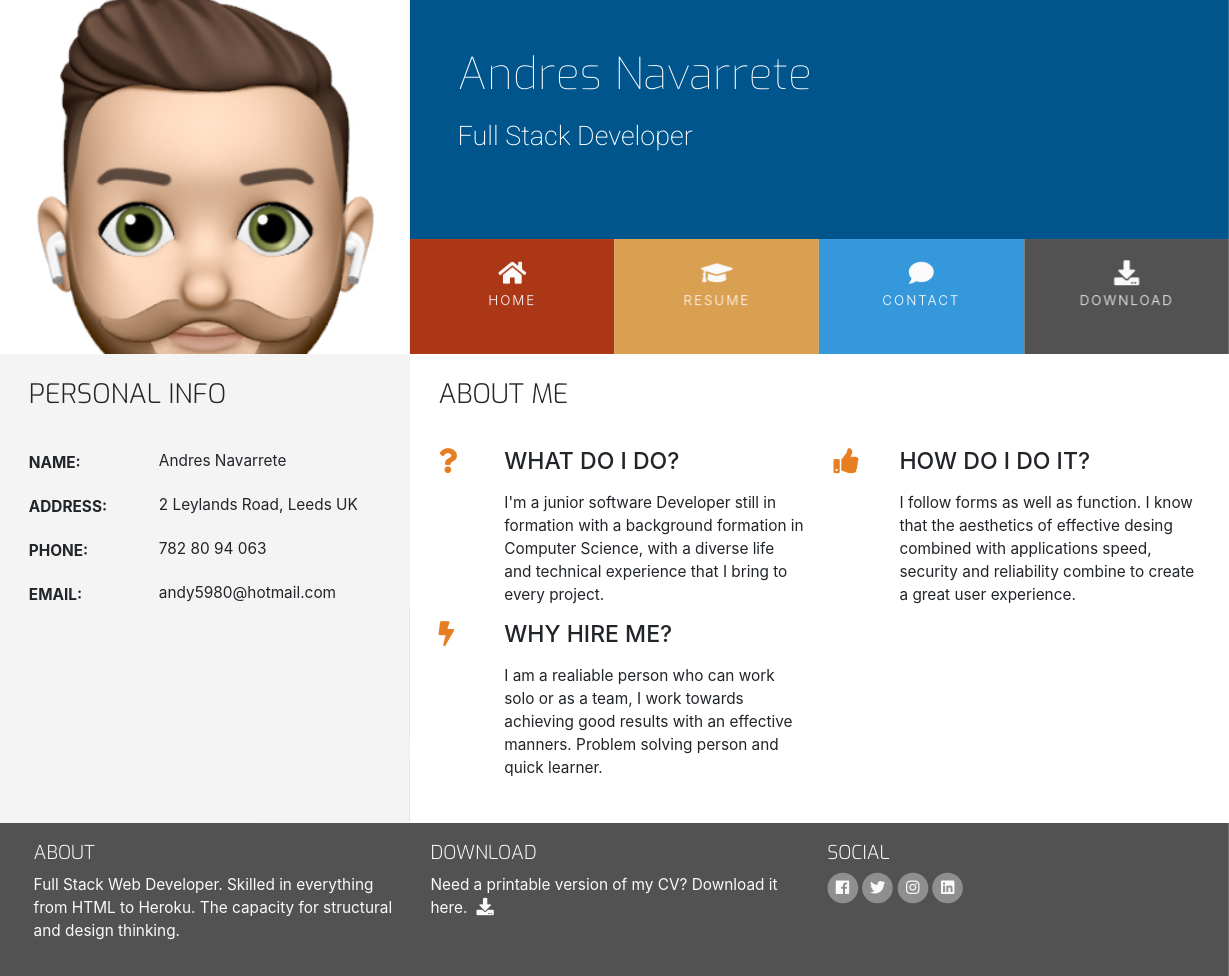
Repository: andna5980/cloud9-workspace
Page: index.html
These files come from the project's save history. The page is drawn as it stood at one moment and after the next save; the edit follows.
The browser window is 1280 px wide. The pictures show the whole page, at 96% of full size.
Some web libraries are served in a nearby version.

Above is the page before, as saved 2022-04-24 09:34:10.

After the next save:
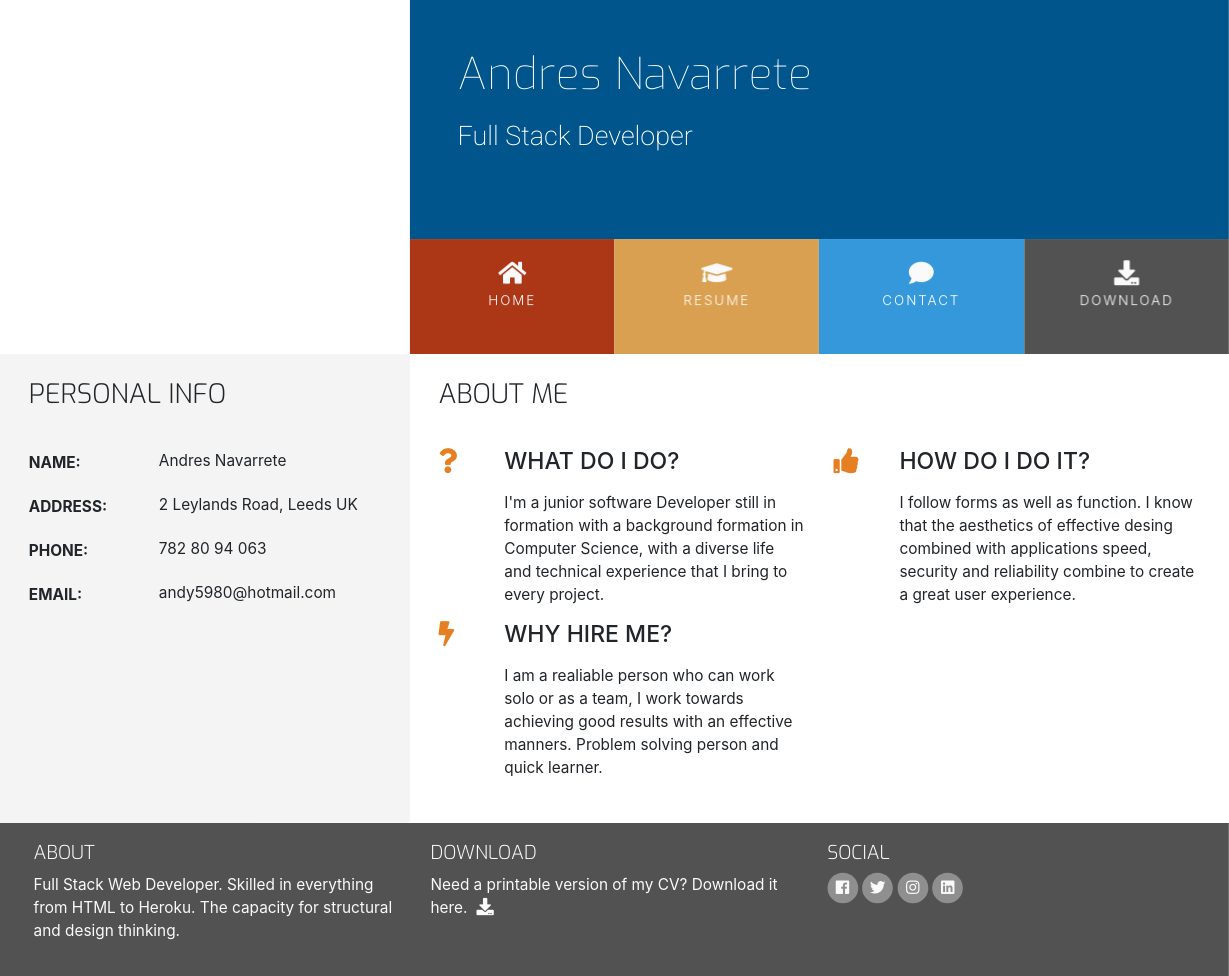
Not found: resume-project/assets/images/memoji2.jpg
Saved 94 s later.
--- a/resume-project/assets/css/style.css
+++ b/resume-project/assets/css/style.css
@@ -109,7 +109,7 @@
 }
 
 .logo {
-    background: url("../images/memoji.jpg");
+    background: url("../images/memoji2.jpg");
     background-position: center;
     background-repeat: no-repeat;
     background-size: cover;

After the save that followed:
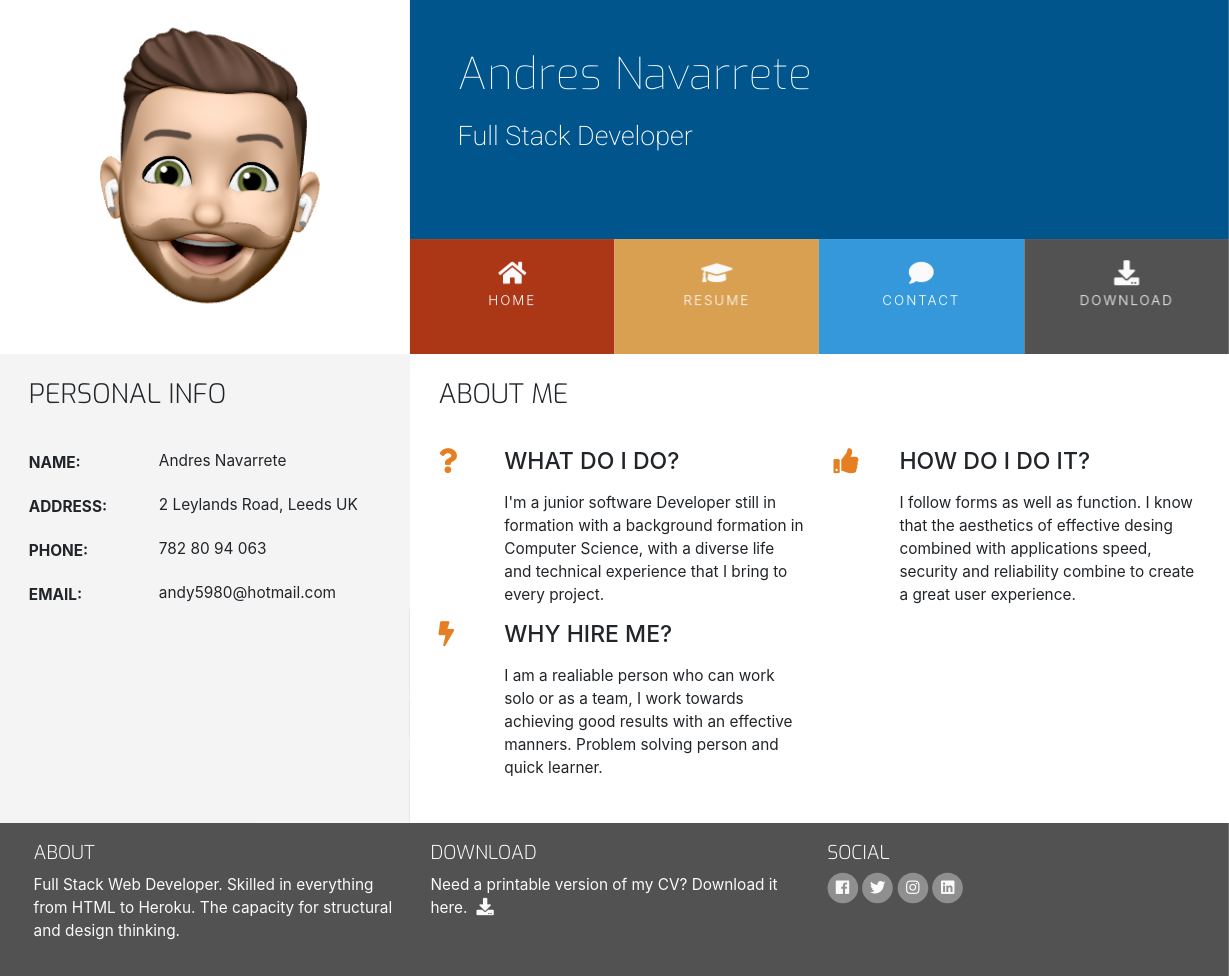
Saved 17 s later.
--- a/resume-project/assets/css/style.css
+++ b/resume-project/assets/css/style.css
@@ -109,7 +109,7 @@
 }
 
 .logo {
-    background: url("../images/memoji2.jpg");
+    background: url("../images/memoji2.PNG");
     background-position: center;
     background-repeat: no-repeat;
     background-size: cover;
